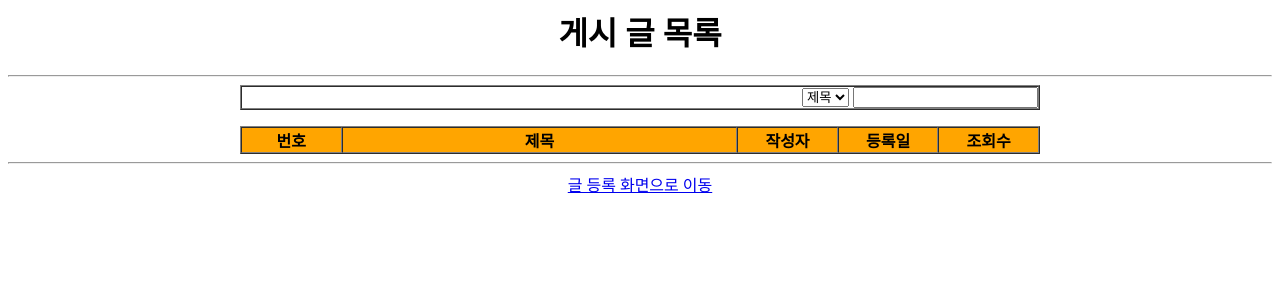
Repository: serim53/JSPStudy
Page: http://localhost/BoardWeb_Servlet_/getBoardList.do
These files come from the project's save history. The page is drawn as it stood at one moment and after a run of saves; the edit follows.
The browser window is 1280 px wide. The pictures show the whole page.
The page is served by Tomcat 10. Queries for data that is not in the repository find no rows.

Above is the page before, as saved 2025-07-09 00:49:31.

After the next 2 saves:
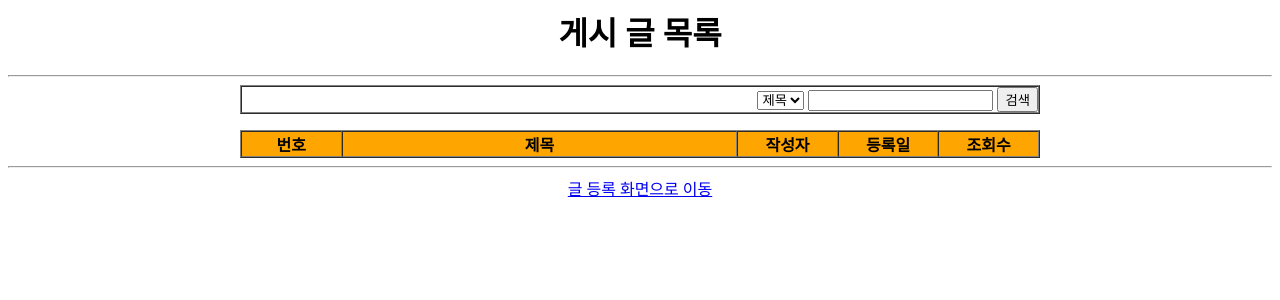
The 2 saves are shown as one change because they came seconds apart.
The last was saved 26 s later.
--- a/BoardWeb(Servlet)/src/main/java/com/multicampus/web/board/GetBoardListServlet.java
+++ b/BoardWeb(Servlet)/src/main/java/com/multicampus/web/board/GetBoardListServlet.java
@@ -44,7 +44,7 @@ public class GetBoardListServlet extends HttpServlet {
 		out.println("<option value='content'>내용");
 		out.println("</select>");
 		out.println("<input name='keyword' type='text'/>");
-		out.println("");
+		out.println("<input type='submit' value='검색'/>");
 		out.println("</td>");
 
 		out.println("</tr>");
